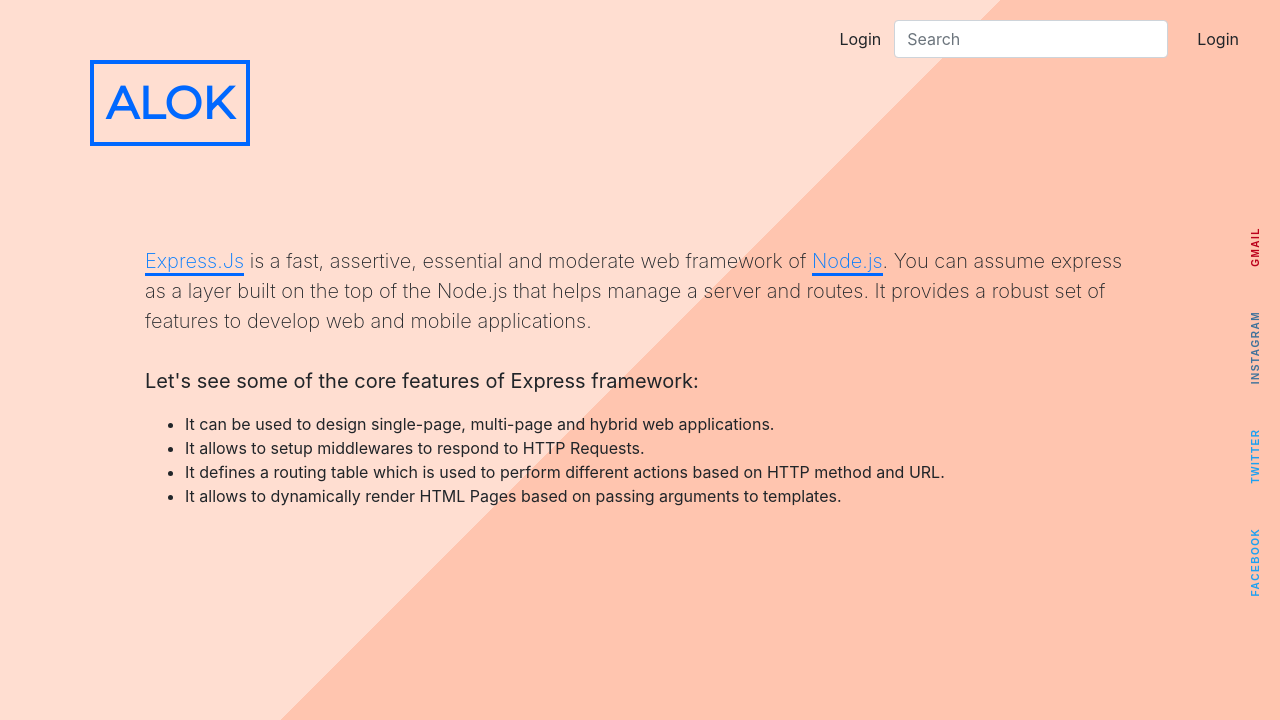
Repository: AalokJadhav/Being_Express.Js
Page: public/Hello_World_Page/index.html
An editor plug-in stored every save of this project. The page is shown before and after the next save, followed by the edit.
The browser window is 1280 px wide. The pictures show the whole page.
Some web fonts or font styles are not loaded; a fallback is used.

Above is the page before, as saved 2020-11-10 06:51:45.

### public/Hello_World_Page/index.html
<!doctype html>
<html>

<head>
  <meta charset="utf-8">
  <link href="http://fonts.googleapis.com/css?family=Source+Sans+Pro:400,700|Montserrat" rel="stylesheet"
    type="text/css">
  <link rel="stylesheet" type="text/css" href="css/style2.css">
  <link rel="icon" href="favicon.png" type="image/x-icon">
  <title>Hello World</title>
  <link rel="stylesheet" href="https://stackpath.bootstrapcdn.com/bootstrap/4.5.2/css/bootstrap.min.css">
<link rel="stylesheet" href="https://maxcdn.bootstrapcdn.com/font-awesome/4.7.0/css/font-awesome.min.css">
<script src="https://code.jquery.com/jquery-3.5.1.min.js"></script>
<script src="https://cdn.jsdelivr.net/npm/popper.js@1.16.1/dist/umd/popper.min.js"></script>
<script src="https://stackpath.bootstrapcdn.com/bootstrap/4.5.2/js/bootstrap.min.js"></script>
</head>

<body>
  <div class="wrapper">
    <nav class="navbar navbar-dark default-color">
      <form class="form-inline my-2 my-lg-0 ml-auto">
        <button class="btn btn-outline-white btn-md my-2 my-sm-0 ml-3" type="submit">Login</button>
        <input class="form-control" type="search" placeholder="Search" aria-label="Search">
        <button class="btn btn-outline-white btn-md my-2 my-sm-0 ml-3" type="submit">Login</button>
      </form>
    </nav>
    <!--/.Navbar-->
    <div class="container">
      <header>
        <h1 class="name">Alok</h1>
      </header>
      <article>

        <p>
          <a href="https://en.wikipedia.org/wiki/Express.js" target="_blank">Express.Js</a> is a fast, assertive, essential and moderate web framework of
          <a href="https://en.wikipedia.org/wiki/Node.js" target="_blank">Node.js</a>.
          You can assume express as a layer built on the top of the Node.js that helps manage a server and routes. It provides a robust set of
          features to develop web and mobile applications.
          <br><br>
          <b>Let's see some of the core features of Express framework:</b>
          <ul>

          <li>It can be used to design single-page, multi-page and hybrid web applications.</li>
          <li>It allows to setup middlewares to respond to HTTP Requests.</li>
          <li>It defines a routing table which is used to perform different actions based on HTTP method and URL.</li>
          <li>It allows to dynamically render HTML Pages based on passing arguments to templates.</li>
        </ul>
        </p>

      </article>

      <footer>
        <ul class="meta inline-list">
          <li><a href="https://www.facebook.com/" target="_blank" style="color: #1da1f2; font-weight: bolder;">Facebook</a></li>
          <li><a href="https://twitter.com/" target="_blank" style="color: #1da1f2; font-weight: bolder;">Twitter</a></li>
          <li><a href="https://www.instagram.com/" target="_blank" style="color: #3f729b ; font-weight: bolder;">Instagram</a></li>
          <li><a href="https://www.google.com/" target="_blank" style="color: #BB001B; font-weight: bolder;">Gmail</a></li>
        </ul>
      </footer>
    </div>
  </div>
</body>

</html>

### public/Hello_World_Page/css/style2.css
body {font-family: Montserrat, Helvetica Neue, sans-serif; margin: 0 auto; line-height: 2em; padding: 12px; box-sizing: border-box; color: #333; overflow: auto;
background: #ffded1; /* Old browsers */
background: -moz-linear-gradient(-45deg,  #ffded1 0%, #ffded1 50%, #ffc5af 50%, #ffc5af 100%); /* FF3.6+ */
background: -webkit-gradient(linear, left top, right bottom, color-stop(0%,#ffded1), color-stop(50%,#ffded1), color-stop(50%,#ffc5af), color-stop(100%,#ffc5af)); /* Chrome,Safari4+ */
background: -webkit-linear-gradient(-45deg,  #ffded1 0%,#ffded1 50%,#ffc5af 50%,#ffc5af 100%); /* Chrome10+,Safari5.1+ */
background: -o-linear-gradient(-45deg,  #ffded1 0%,#ffded1 50%,#ffc5af 50%,#ffc5af 100%); /* Opera 11.10+ */
background: -ms-linear-gradient(-45deg,  #ffded1 0%,#ffded1 50%,#ffc5af 50%,#ffc5af 100%); /* IE10+ */
background: linear-gradient(135deg,  #ffded1 0%,#ffded1 50%,#ffc5af 50%,#ffc5af 100%); /* W3C */
filter: progid:DXImageTransform.Microsoft.gradient( startColorstr='#ffded1', endColorstr='#ffc5af',GradientType=1 ); /* IE6-9 fallback on horizontal gradient */

}

body, html {height: 100%;}

.wrapper {box-sizing: border-box; height: 100%; overflow: auto; }


a {text-decoration: none; color: #333; border-bottom: 3px solid #0068FF;}
a:hover {color: #0068FF}
p {font-weight: 200; font-size: 20px;}
.bs-example{
  margin: 20px;
}

.name {font-family: Montserrat; font-size: 45px; text-transform: uppercase; font-weight: 900; padding: 12px; border: 4px solid #0068FF; color: #0068FF; display: inline-block; position: absolute; margin-bottom: 60px; top: 60px; left: 90px;}

.container {margin: 0 auto; width: 700px; padding: 120px 12px 50px; overflow: auto;}
article {padding: 60px;}
/* TODO find better cross-platform characters */
/* article::before {
  content: '\2601';
  position: relative;
  top: 0;
  left: -30px;
  color: #0068FF;
  font-size: 24px;
}
article::after {
  content: '\2A55\2A55\2A55\2A55';
  position: relative;
  top: 40px;
  left: 300px;
  color: #0068FF;
  font-size: 44px;
} */
hr {border-bottom: 3px solid #0068FF;}

.meta {text-transform: uppercase; font-family: Arial, Courier New, Source Sans Pro, sans-serif; font-size: 10px; letter-spacing: .15em;}
.meta a:hover {color: #333;}

.inline-list {list-style: none; margin: 0; padding: 0;}
.inline-list li {display: inline-block;}

footer .inline-list li {margin-right: 40px;}
footer a {border: none; color: #0068FF;}
footer {margin: 0 auto; position: absolute; bottom: 55%; right: -255px; padding: 40px 0 0 0; width: 600px; -webkit-transform: rotate(-90deg);}

After the next save:
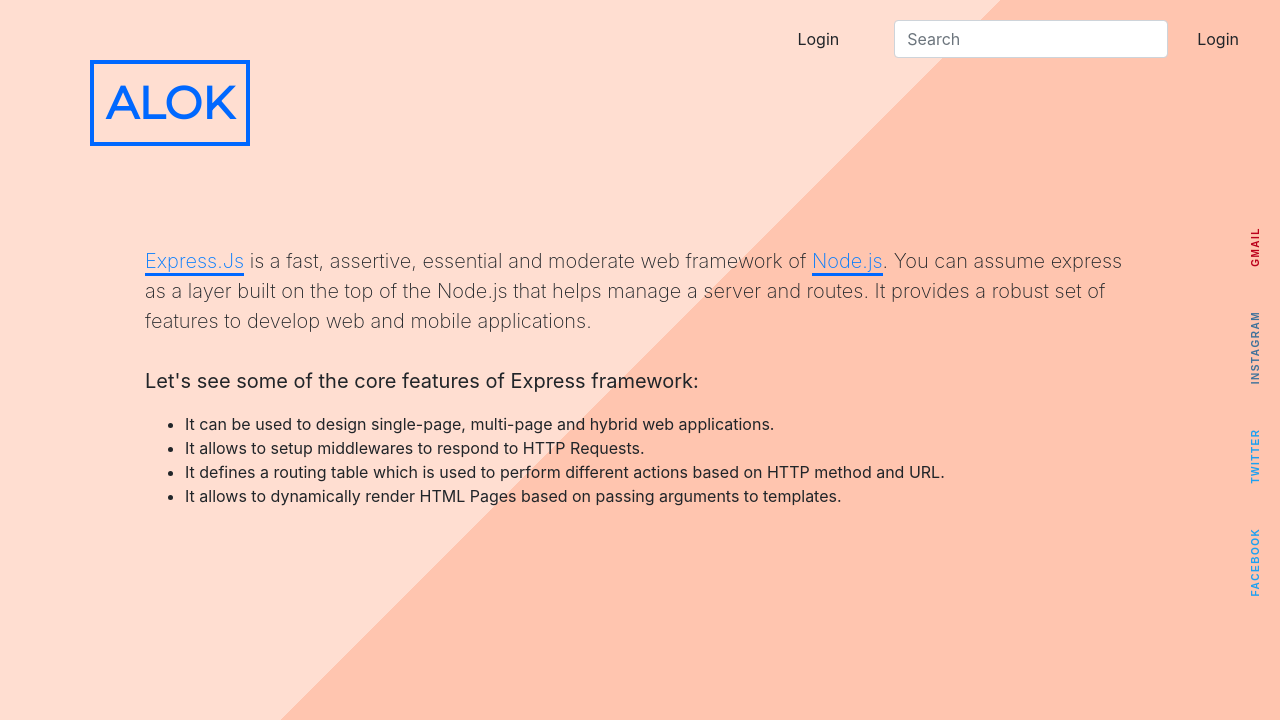
Saved 23 s later.
--- a/public/Hello_World_Page/index.html
+++ b/public/Hello_World_Page/index.html
@@ -20,6 +20,7 @@
     <nav class="navbar navbar-dark default-color">
       <form class="form-inline my-2 my-lg-0 ml-auto">
         <button class="btn btn-outline-white btn-md my-2 my-sm-0 ml-3" type="submit">Login</button>
+        <button class="btn btn-outline-white btn-md my-2 my-sm-0 ml-3" type="submit"></button>
         <input class="form-control" type="search" placeholder="Search" aria-label="Search">
         <button class="btn btn-outline-white btn-md my-2 my-sm-0 ml-3" type="submit">Login</button>
       </form>
